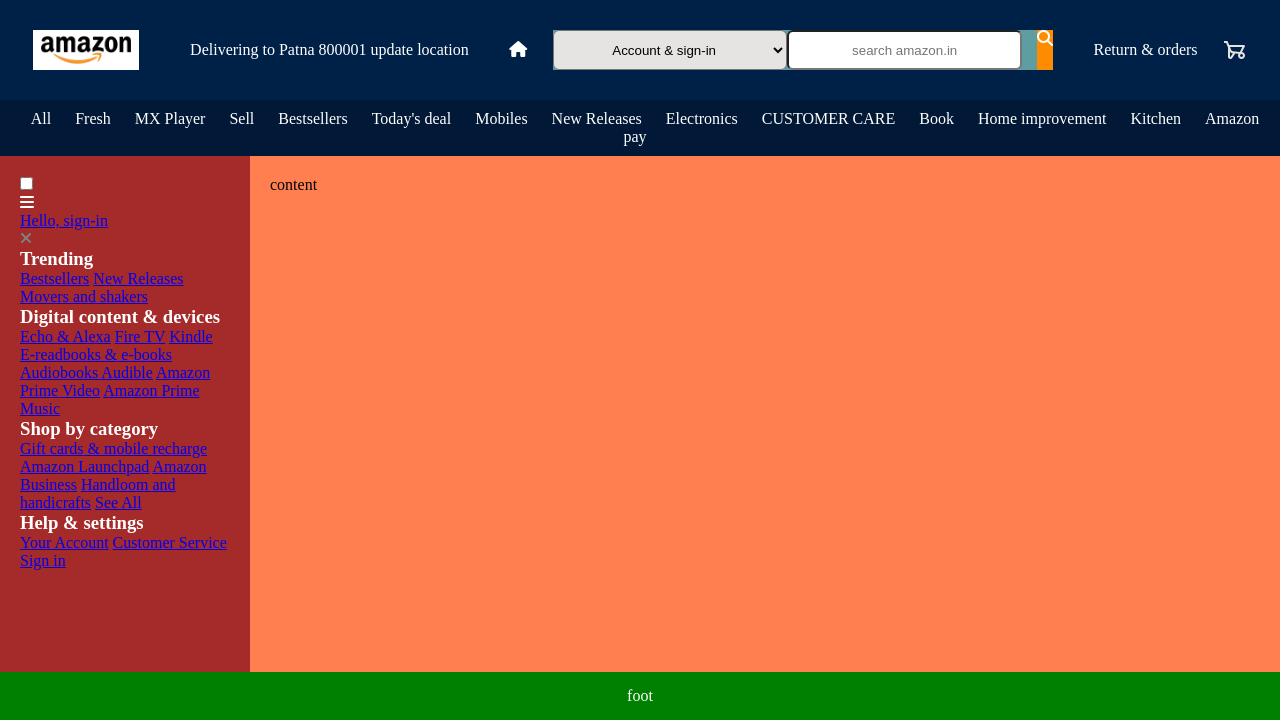
Repository: sristigupta04/basic-js-project
Page: amazon/ami.html
These files come from the project's save history. The page is drawn as it stood at one moment and after the next save; the edit follows.
The browser window is 1280 px wide. The pictures show the whole page.

Above is the page before, as saved 2025-11-02 01:09:05.

After the next save:
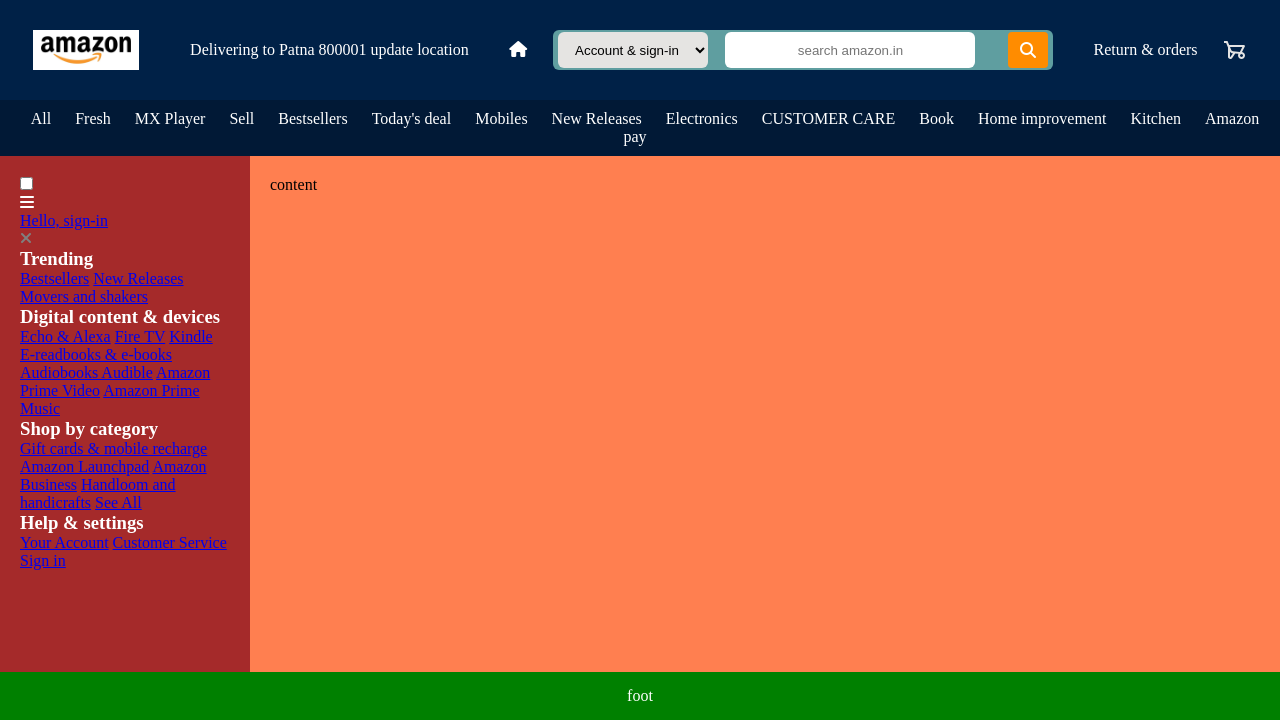
Saved 98 s later.
--- a/amazon/ami.css
+++ b/amazon/ami.css
@@ -12,6 +12,9 @@
 }
 
 /* 🔹 Top Navbar */
+
+
+
 .navbar {
   background-color: #002147;
   height: 100px;
@@ -22,56 +25,73 @@
   color: white;
 }
 
+/* Logo */
 .navbar img {
   height: 40px;
   margin-right: 10px;
 }
 
+/* Address link */
 .navbar .address a {
   text-decoration: none;
   color: white;
 }
 
+/* Navbar links */
 .navbar a {
   text-decoration: none;
   color: white;
   margin-left: 15px;
 }
-.navbar .tool{
+
+/* Search + Select box area */
+.navbar .tool {
   display: flex;
-  background-color:cadetblue;
- text-align: center;
-
- width:500px;
- height: 40px;;
-
-
+  align-items: center;
+  justify-content: space-between;
+  background-color: cadetblue;
+  text-align: center;
+  width: 500px;
+  height: 40px;
+  border-radius: 6px;
+  padding: 0 5px;
 }
 
-
-.navbar .tool #option{
-border-radius:6px;
-background-color:#E5E4E2;
-width:250px;
-height:40px;
-padding:0.23rem;;
-text-align: center;
+/* Dropdown inside tool */
+.navbar .tool #option {
+  border-radius: 6px;
+  background-color: #E5E4E2;
+  width: 150px;
+  height: 36px;
+  padding: 0.23rem;
+  text-align: center;
+  border: none;
+  outline: none;
 }
 
-.navbar input{
-  border-radius:6px;
-width:250px;
-height:40px;
-padding:0.23rem;;
-text-align: center;
-}
-.navbar .tool a{
-  height:40x;
-  background-color:#FF8C00;
+/* Input box inside tool */
+.navbar .tool input {
+  border-radius: 6px;
+  width: 250px;
+  height: 36px;
+  padding: 0.23rem;
+  text-align: center;
+  border: none;
+  outline: none;
 }
 
-
-
+/* Search icon link */
+.navbar .tool a {
+  display: flex;
+  align-items: center;
+  justify-content: center;
+  background-color: #FF8C00;
+  height: 36px;
+  width: 40px;
+  border-radius: 4px;
+  color: white;
+  text-decoration: none;
+}
 
 
 
